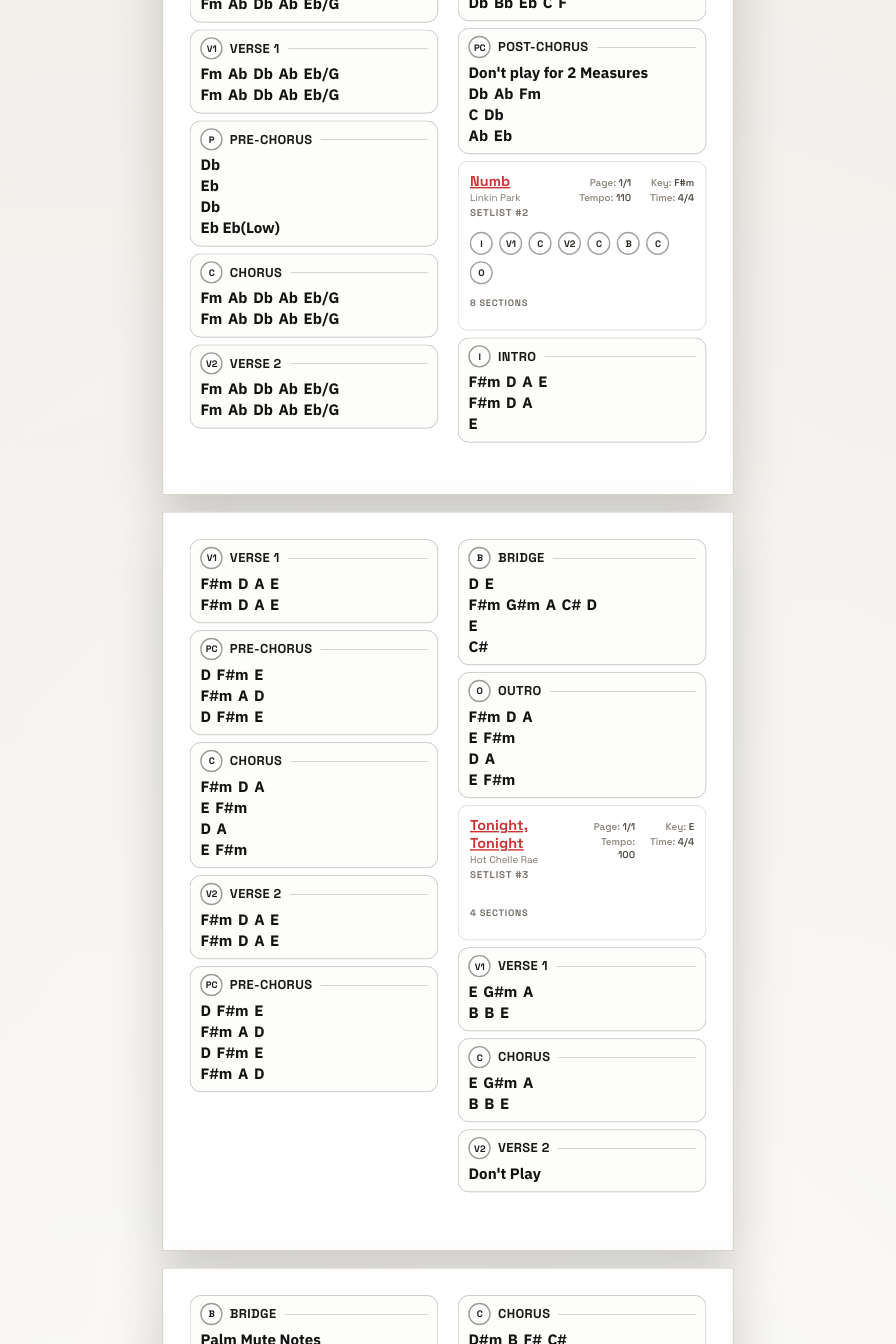
Repository: Aworminator/Chord-Generator
Page: /
These files come from the project's save history. The page is drawn as it stood at one moment and after the next save; the edit follows.
The browser window is 1280 px wide. The pictures show the part of the page from y = 373 to 2293 px (the page is 12992 px tall before and 11912 px after), at 70% of full size.
The project was rebuilt for these pictures with package versions that can differ from the ones it lists, and the page was loaded fresh each time. Also part of the build but not shown: vite.config.js.

Above is the page before, as saved 2026-08-16 12:10:54.

After the next save:
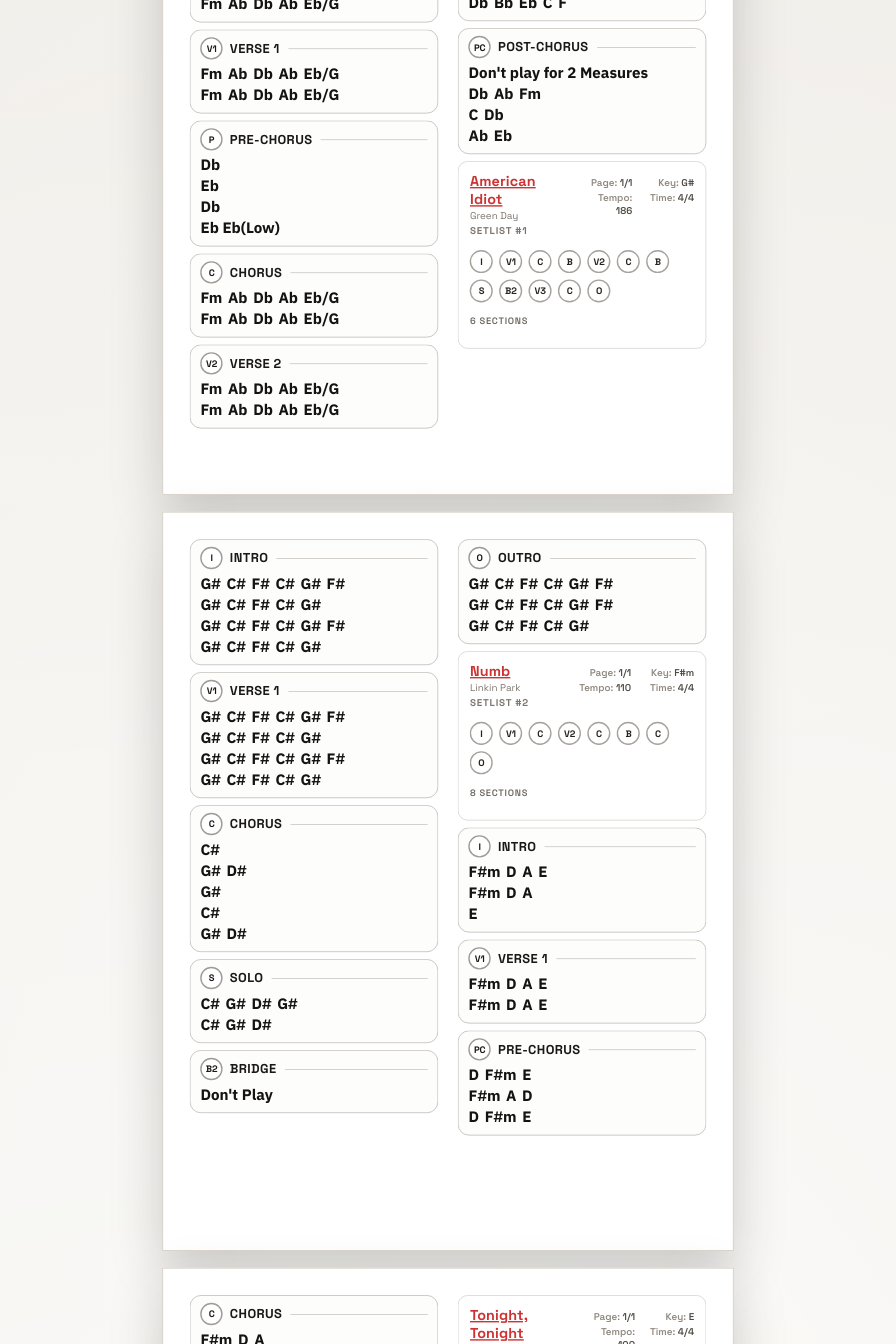
Saved 40 s later.
--- a/src/components/songArray.js
+++ b/src/components/songArray.js
@@ -1084,7 +1084,7 @@
   {
     songTitle: "American Idiot",
     artist: "Green Day",
-    setlistOrder: 12,
+    setlistOrder: 1,
 
     chartMeta: {
       page: "1/1",
